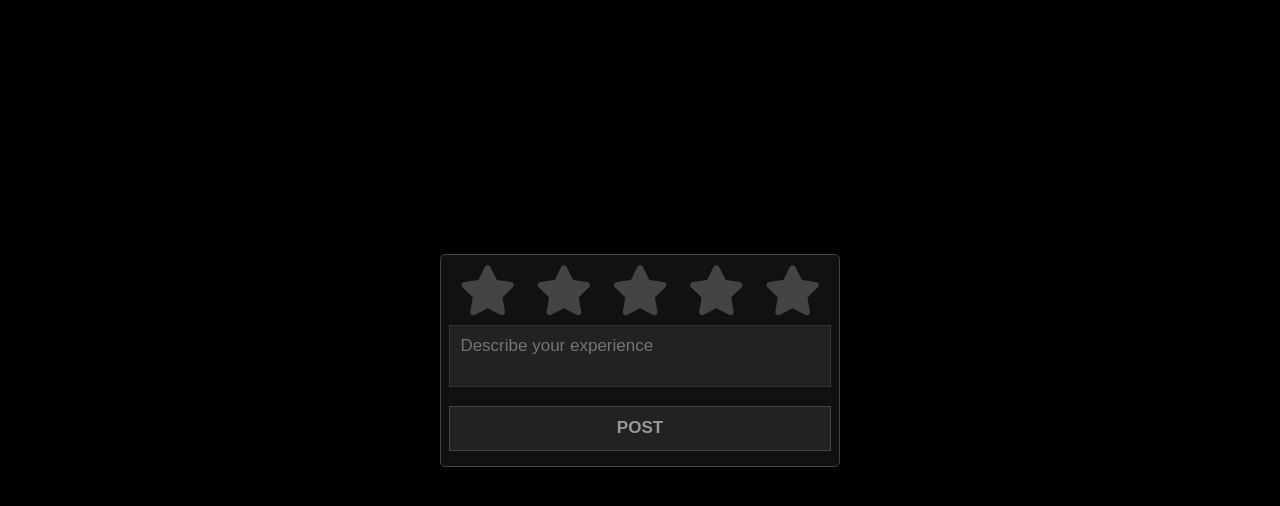
Repository: Suryansh-D/Star-Ratings
Page: index.html
The author's editor kept a copy of each file at every save. The page is drawn from the files as they stood at one save, then again after a run of saves.
The browser window is 1280 px wide. The pictures show the whole page.

Above is the page before, as saved 2024-02-03 10:19:18.

### index.html
<!DOCTYPE html>
<html lang="en">
<head>
    <meta charset="UTF-8">
    <meta name="viewport" content="width=device-width, initial-scale=1.0">
    <title>Document</title>
</head>
<link rel="stylesheet" href="style.css">
<link rel="stylesheet" href="https://cdnjs.cloudflare.com/ajax/libs/font-awesome/5.15.3/css/all.min.css">
<body>
    <div class="container">
        <div class="stars">
            <input type="radio" name="rate" id="rate-5">
            <label for="rate-5" class="fas fa-star"></label>
            <input type="radio" name="rate" id="rate-4">
            <label for="rate-4" class="fas fa-star"></label>
            <input type="radio" name="rate" id="rate-3">
            <label for="rate-3" class="fas fa-star"></label>
            <input type="radio" name="rate" id="rate-2">
            <label for="rate-2" class="fas fa-star"></label>
            <input type="radio" name="rate" id="rate-1">
            <label for="rate-1" class="fas fa-star"></label>
            <form action="#">
                <header></header>
                <div class="textarea">
                <textarea cols="30" placeholder="Describe your experience"></textarea>
                </div>
                    <div class="btn">
                        <button type="submit">Post</button>
                        </div>
                 </form>
        </div>
    </div>
    <script></script>
</body>
</html>

### style.css
@import url('https://fonts.googleapis.com/css?family=Roboto:400,700');
* {
  margin: 0;
  padding: 0;
  box-sizing: border-box;
  font-family:'Poppins', sans-serif;
}
html, body {
  height: 100%;
  background-color: #000;
  place-items: center;
  display: grid;
  text-align: center;
}

.container {
  width: 400px;
  background: #111;
    padding: 20px , 30px;
    border: 1px solid #444;
    border-radius: 5px;
    display: flex;
    flex-direction: column;
    align-items: center;
    justify-content: center;
}
.container .stars input{
    display: none;
}
.stars label{
    font-size: 50px;
    color: #444;
    cursor: pointer;
    transition: all 0.2s ease;
    float: right;
    padding: 10px;

}
.stars input:not(:checked) ~ label:hover ,
.stars input:not(:checked) ~ label:hover ~ label{
    color: #ffcc00;
}
.stars input:checked ~ label{
    color: #ffcc00;
}
input#rate-5:checked ~ label{
    color: #fe7;
    text-shadow: 0 0 20px #f1cf45;
}
input#rate-4:checked ~ label{
    color: #fe7;
    text-shadow: 0 0 20px #f1cf45;
}
input#rate-3:checked ~ label{
    color: #fe7;
    text-shadow: 0 0 20px #f1cf45;
}
input#rate-2:checked ~ label{
    color: #fe7;
    text-shadow: 0 0 20px #f1cf45;
}
input#rate-1:checked ~ label{
    color: #fe7;
    text-shadow: 0 0 20px #f1cf45;
}

#rate-1:checked ~ form header:before{
    content: "Hatt Bakwas 😤";

}
#rate-2:checked ~ form header:before{
    content: "Bekaar 😒";
}
#rate-3:checked ~ form header:before{
    content: "Theek hi hai 🙂";
}
#rate-4:checked ~ form header:before{
    content: "Wah yaar😏";
}
#rate-5:checked ~ form header:before{
    content: "Ohh Bhaisaab 🤯 ";
}


form header{
    width:100%;
    font-size: 25px;
    color: #fe7;
    font-weight: 700;
    margin: 5px 0 20px 0;
    text-align: center;
    transition: all 0.2s ease;
}

form .textarea{
    width: 100%;
   height: 100%;
   overflow: hidden;
}
form .textarea textarea{
    height: 100%;
    width:100%;
    outline: none;
    color: #fff;
    border: 1px solid #333;
    background: #222;
    padding: 10px;
    font-size: 17px;
    resize: none;
}
form .btn{
  height: 45px;
  width: 100%;
  margin: 15px 0;
}
form .btn button{
    width: 100%;
    height: 100%;
    border: 1px solid #444;
    outline: none;
    background: #222;
    color: #999;
    font-size: 20px;
    font-weight: 700;
    cursor: pointer;
    transition: all 0.2s ease;
    font-size: 17px;
    text-transform: uppercase;
}
form .btn button:hover{
    background: #1b1b1b;
    color: #fff;
}

After the next 5 saves:
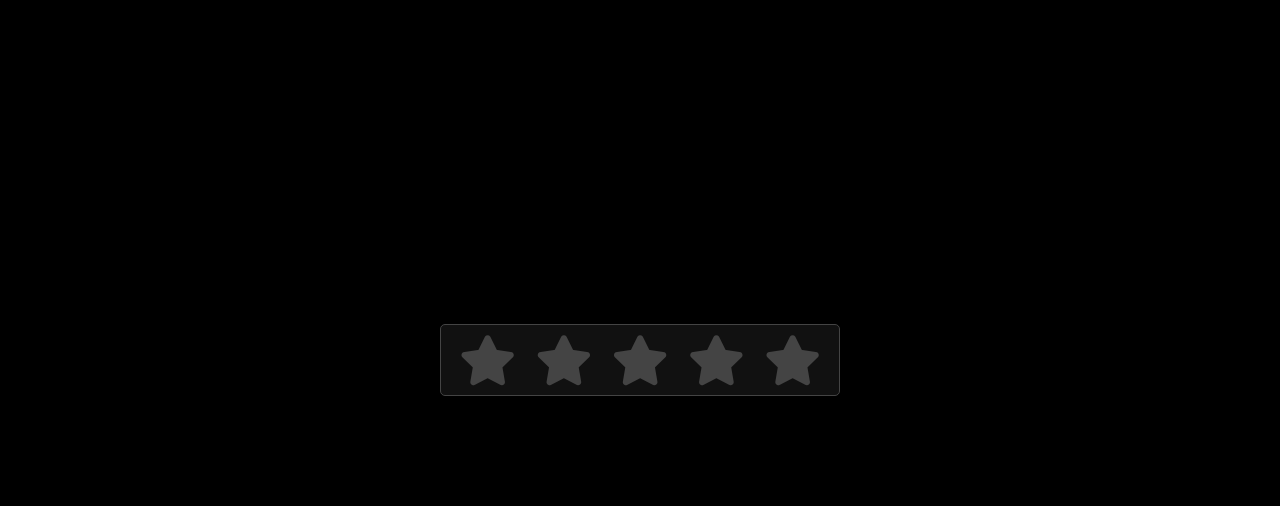
The 5 saves are shown as one change because they came seconds apart.
The last was saved 95 s later.
--- a/style.css
+++ b/style.css
@@ -81,7 +81,10 @@ input#rate-1:checked ~ label{
     content: "Ohh Bhaisaab 🤯 ";
 }
 
+.container form{
+    display: none;
 
+}
 form header{
     width:100%;
     font-size: 25px;
